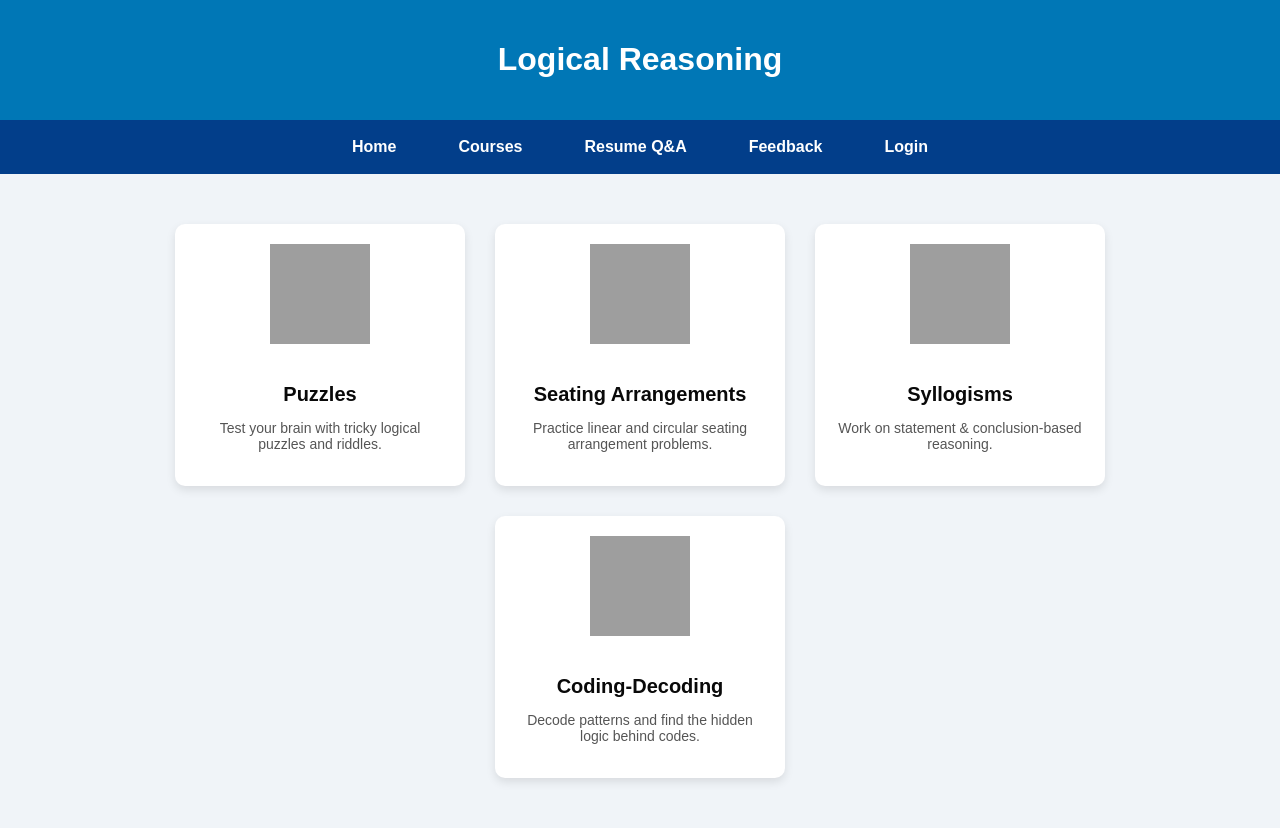
Repository: Mathin04/Online-Interview-Platform-
Page: urls/logical.html
These files come from the project's save history. The page is drawn as it stood at one moment and after the next save; the edit follows.
The browser window is 1280 px wide. The pictures show the whole page.
Pictures or frames that could not be fetched are drawn as grey boxes.

Above is the page before, as saved 2025-10-08 13:47:57.

### urls/logical.html
<!DOCTYPE html>
<html lang="en">
<head>
  <meta charset="UTF-8">
  <title>Logical Questions | M-Terview</title>
  <style>
    body {
      font-family: Arial, sans-serif;
      margin: 0;
      padding: 0;
      background: #f0f4f8;
    }

    header {
      padding: 20px;
      background: #0077b6;
      color: white;
      text-align: center;
    }

    nav {
      display: flex;
      justify-content: center;
      background: #023e8a;
      padding: 10px 0;
    }

    nav a {
      margin: 0 15px;
      color: white;
      text-decoration: none;
      font-weight: bold;
      padding: 8px 16px;
      border-radius: 5px;
      transition: 0.3s;
    }

    nav a:hover {
      background: #080808;
    }

    .logical-container {
      display: flex;
      flex-wrap: wrap;
      justify-content: center;
      padding: 50px 20px;
      gap: 30px;
    }

    .logical-card {
      background: white;
      border-radius: 10px;
      box-shadow: 0 4px 10px rgba(0,0,0,0.1);
      width: 250px;
      text-align: center;
      padding: 20px;
      transition: 0.3s;
      cursor: pointer;
    }

    .logical-card:hover {
      transform: translateY(-5px);
      box-shadow: 0 6px 15px rgba(0,0,0,0.2);
    }

    .logical-card img {
      width: 100px;
      height: 100px;
      margin-bottom: 15px;
    }

    .logical-card h3 {
      font-size: 20px;
      margin-bottom: 10px;
      color: #090909;
    }

    .logical-card p {
      font-size: 14px;
      color: #555;
    }

    @media screen and (max-width: 768px) {
      .logical-container { flex-direction: column; align-items: center; }
      .logical-card { width: 80%; }
    }
  </style>
</head>
<body>

<header>
  <h1>Logical Reasoning</h1>
</header>

<nav>
  <a href="../index.html">Home</a>
  <a href="courses.html">Courses</a>
  <a href="resume.html">Resume Q&A</a>
  <a href="feedback.html">Feedback</a>
  <a href="login.html">Login</a>
</nav>

<div class="logical-container">
  <div class="logical-card" onclick="location.href='puzzles.html'">
    <img src="../images/puzzle.png" alt="Puzzles">
    <h3>Puzzles</h3>
    <p>Test your brain with tricky logical puzzles and riddles.</p>
  </div>

  <div class="logical-card" onclick="location.href='seating.html'">
    <img src="../images/seating.png" alt="Seating">
    <h3>Seating Arrangements</h3>
    <p>Practice linear and circular seating arrangement problems.</p>
  </div>

  <div class="logical-card" onclick="location.href='syllogisms.html'">
    <img src="../images/syllogism.png" alt="Syllogisms">
    <h3>Syllogisms</h3>
    <p>Work on statement & conclusion-based reasoning.</p>
  </div>

  <div class="logical-card" onclick="location.href='coding.html'">
    <img src="../images/coding.png" alt="Coding-Decoding">
    <h3>Coding-Decoding</h3>
    <p>Decode patterns and find the hidden logic behind codes.</p>
  </div>
</div>

</body>
</html>

After the next save:
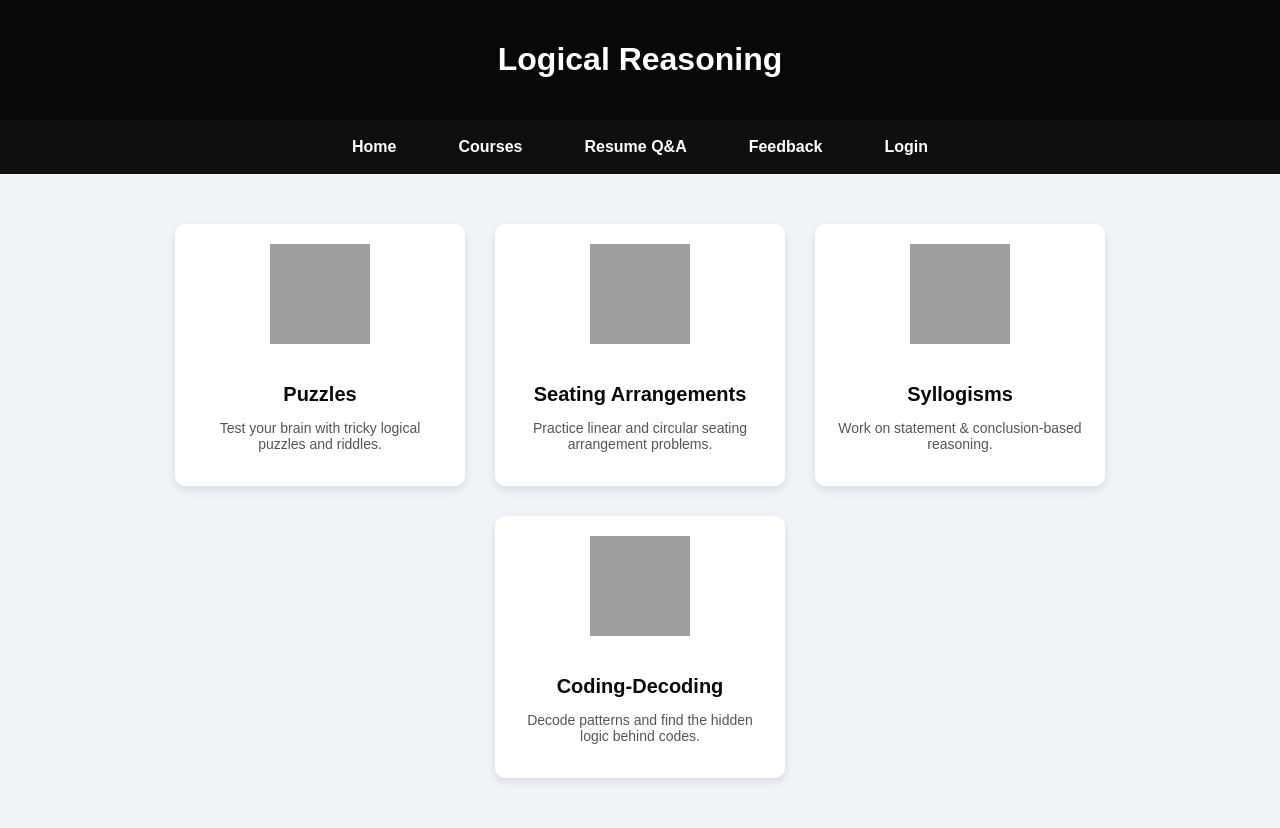
Saved 42 s later.
--- a/urls/logical.html
+++ b/urls/logical.html
@@ -13,7 +13,7 @@
 
     header {
       padding: 20px;
-      background: #0077b6;
+      background: #080808;
       color: white;
       text-align: center;
     }
@@ -21,7 +21,7 @@
     nav {
       display: flex;
       justify-content: center;
-      background: #023e8a;
+      background: #0f0f0f;
       padding: 10px 0;
     }
 
